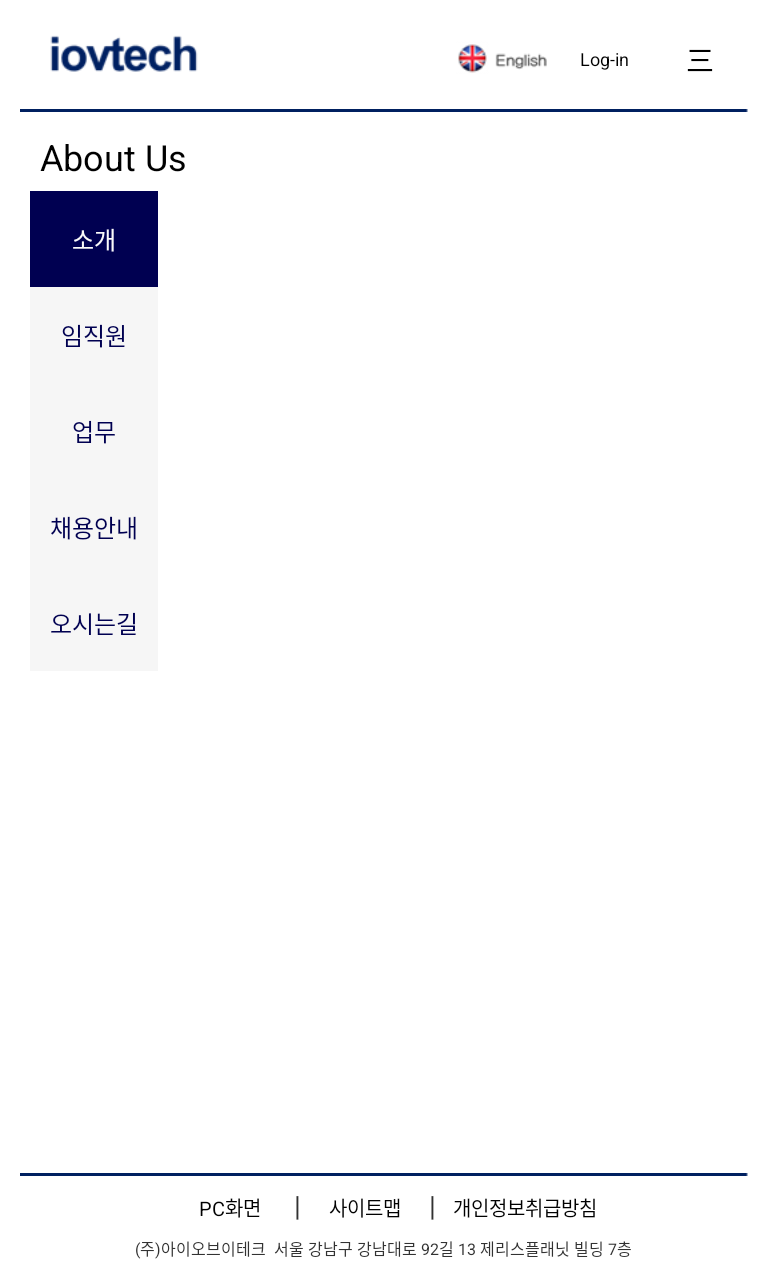
Repository: hyekkyung/CDH_Tutorials
Layout: Mobile_IOV/res/layout/m_about.xml
An editor plug-in stored every save of this project. The layout is shown before and after the next save, followed by the edit.
It is drawn on a 768 x 1280 px phone screen (xhdpi) without system bars, with theme AppTheme; the app's code is not run.

Above is the layout before, as saved 2015-02-02 07:33:47.

### Mobile_IOV/res/layout/m_about.xml
<?xml version="1.0" encoding="utf-8"?>
<RelativeLayout xmlns:android="http://schemas.android.com/apk/res/android"
    android:layout_width="match_parent"
    android:layout_height="match_parent"
    android:paddingLeft="10sp"
    android:paddingRight="10sp"
    android:paddingBottom="10sp"
    android:paddingTop="5sp" >

    <LinearLayout
        android:id="@+id/linearLayout1"
        android:layout_width="wrap_content"
        android:layout_height="wrap_content"
        android:layout_alignParentLeft="true"
        android:layout_alignParentRight="true"
        android:layout_alignParentTop="true" >

        <ImageButton
       		android:id="@+id/home_btn"
            style="?android:attr/buttonStyleSmall"
            android:layout_width="wrap_content"
            android:layout_height="wrap_content"
            android:background="#FFFFFF"
            android:src="@drawable/logo_03" />

        <ImageButton
       		android:id="@+id/kor_btn"
            style="?android:attr/buttonStyleSmall"
            android:layout_width="wrap_content"
            android:layout_height="wrap_content"
            android:background="#FFFFFF"
            android:layout_weight="0.5"
            android:layout_marginLeft="25sp"
            android:onClick="mOnclick" />

        <ImageView
       		android:id="@+id/lang_btn"
            android:layout_width="wrap_content"
            android:layout_height="wrap_content"
            android:background="@drawable/eng_btn"
            android:paddingLeft="3sp"
            android:onClick="mOnclick"
            android:layout_gravity="center" />

        <Button
       		android:id="@+id/join_btn"
            style="?android:attr/buttonStyleSmall"
            android:layout_width="wrap_content"
            android:layout_height="wrap_content"
            android:background="#FFFFFF"
            android:text="Log-in"
            android:textSize="9sp"
            android:layout_gravity="center" />

        <Button
       		android:id="@+id/sub_btn"
            style="?android:attr/buttonStyleSmall"
            android:layout_width="wrap_content"
            android:layout_height="wrap_content"
            android:background="#FFFFFF"
            android:text="三"
            android:layout_gravity="center" />

    </LinearLayout>

    <ImageView
        android:id="@+id/imageView1"
        android:layout_width="wrap_content"
        android:layout_height="wrap_content"
        android:layout_below="@+id/linearLayout1"
        android:layout_centerHorizontal="true"
        android:src="@drawable/sep_line" />

    <TextView
        android:id="@+id/textView1"
        android:layout_width="wrap_content"
        android:layout_height="wrap_content"
        android:layout_alignParentBottom="true"
        android:layout_centerHorizontal="true"
        android:paddingTop="5sp"
        android:text="(주)아이오브이테크  서울 강남구 강남대로 92길 13 제리스플래닛 빌딩 7층"
        android:textSize="8sp" />

    <LinearLayout
        android:id="@+id/linearLayout2"
        android:layout_width="wrap_content"
        android:layout_height="wrap_content"
        android:layout_above="@+id/textView1"
        android:layout_centerHorizontal="true" >

        <Button
            android:id="@+id/pc_btn"
            android:layout_width="wrap_content"
            android:layout_height="20sp"
            android:background="#FFFFFF"
            android:text=" PC화면 "
            android:textSize="10sp" />

        <TextView
            android:layout_width="wrap_content"
            android:layout_height="wrap_content"
            android:text="|"
            android:textAppearance="?android:attr/textAppearanceSmall" />

        <Button
            android:id="@+id/sitemap_btn"
            android:layout_width="wrap_content"
            android:layout_height="20sp"
            android:background="#FFFFFF"
            android:text=" 사이트맵 "
            android:textSize="10sp" />

        <TextView
            android:layout_width="wrap_content"
            android:layout_height="wrap_content"
            android:text="| "
            android:textAppearance="?android:attr/textAppearanceSmall" />

        <Button
            android:id="@+id/personal_btn"
            android:layout_width="wrap_content"
            android:layout_height="20sp"
            android:background="#FFFFFF"
            android:text="  개인정보취급방침 "
            android:textSize="10sp" />
    </LinearLayout>

    <ImageView
        android:id="@+id/imageView3"
        android:layout_width="wrap_content"
        android:layout_height="wrap_content"
        android:layout_above="@+id/linearLayout2"
        android:layout_alignLeft="@+id/imageView1"
        android:paddingTop="5sp"
        android:paddingBottom="5sp"
        android:src="@drawable/sep_line" />

    <LinearLayout
        android:layout_width="wrap_content"
        android:layout_height="wrap_content"
        android:layout_above="@+id/imageView3"
        android:layout_alignParentLeft="true"
        android:layout_alignRight="@+id/imageView3"
        android:layout_below="@+id/imageView1"
        android:paddingBottom="10sp"
        android:paddingRight="10sp"
        android:paddingLeft="5sp"
        android:paddingTop="10sp"
        android:orientation="vertical" >

        <TextView
            android:id="@+id/textView2"
            android:layout_width="wrap_content"
            android:layout_height="wrap_content"
            android:text="About Us"
            android:textAppearance="?android:attr/textAppearanceMedium"
            android:paddingLeft="5sp"
            android:paddingBottom="5sp" />

        <LinearLayout
            android:layout_width="match_parent"
            android:layout_height="match_parent" >

            <LinearLayout
                android:layout_width="wrap_content"
                android:layout_height="match_parent"
                android:orientation="vertical" >

                <Button
                    android:id="@+id/i_1"
                    android:layout_width="wrap_content"
                    android:layout_height="wrap_content"
                    android:text="소개"
                    android:textSize="12sp"
                    android:textColor="#FAFAFA"
                    android:background="#000051" />

                <Button
                    android:id="@+id/i_2"
                    android:layout_width="wrap_content"
                    android:layout_height="wrap_content"
                    android:background="#F6F6F6"
                    android:text="임직원"
                    android:textColor="#000051"
                    android:textSize="12sp" />

                <Button
                    android:id="@+id/i_3"
                    android:layout_width="wrap_content"
                    android:layout_height="wrap_content"
                    android:background="#F6F6F6"
                    android:text="업무"
                    android:textColor="#000051"
                    android:textSize="12sp" />

                <Button
                    android:id="@+id/i_4"
                    android:layout_width="wrap_content"
                    android:layout_height="wrap_content"
                    android:background="#F6F6F6"
                    android:text="채용안내"
                    android:textColor="#000051"
                    android:textSize="12sp" />

                <Button
                    android:id="@+id/i_5"
                    android:layout_width="wrap_content"
                    android:layout_height="wrap_content"
                    android:background="#F6F6F6"
                    android:text="오시는길"
                    android:textColor="#000051"
                    android:textSize="12sp" />

            </LinearLayout>

            <ScrollView
                android:id="@+id/scrollView1"
                android:layout_width="match_parent"
                android:layout_height="match_parent" >
            </ScrollView>

        </LinearLayout>

    </LinearLayout>

</RelativeLayout>

Loaded but not shown: Mobile_IOV/res/values/styles.xml (common file); Mobile_IOV/res/values-v11/styles.xml (common file); Mobile_IOV/res/values-v14/styles.xml (common file)

After the next save:
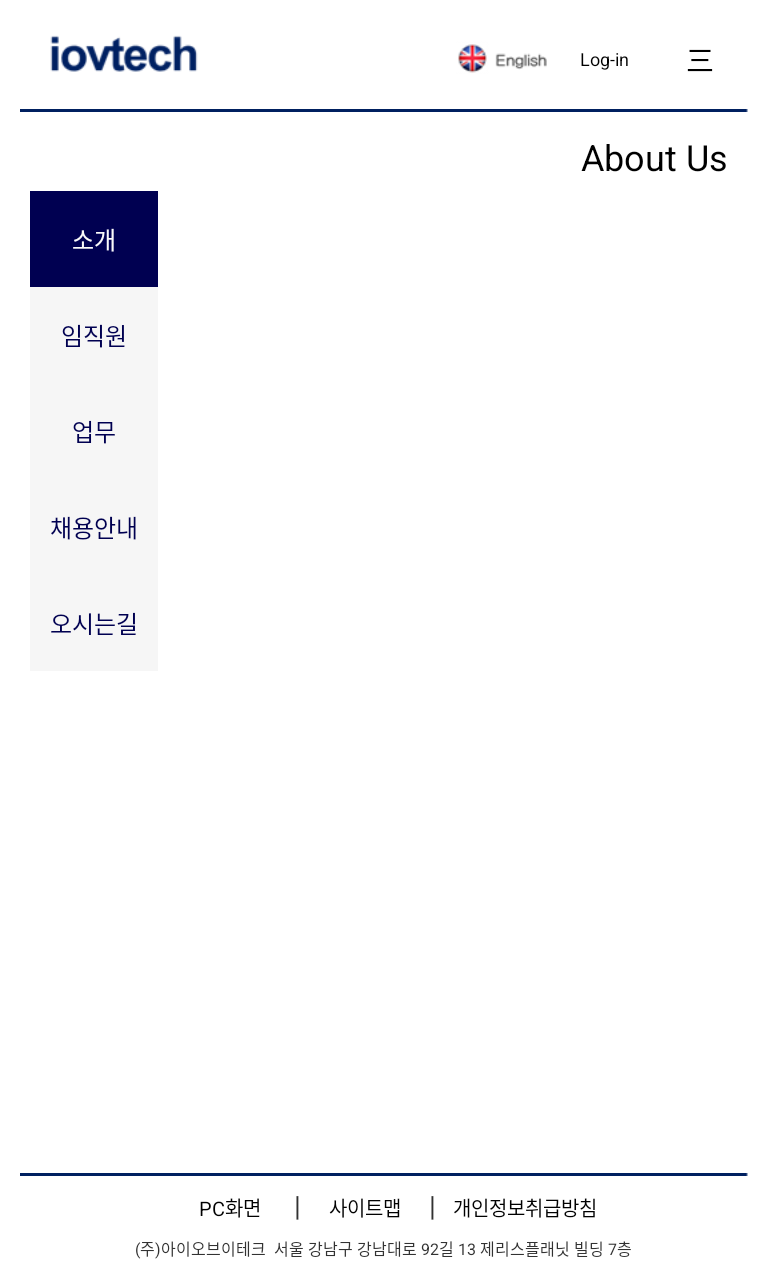
Saved 84 s later.
--- a/Mobile_IOV/res/layout/m_about.xml
+++ b/Mobile_IOV/res/layout/m_about.xml
@@ -155,7 +155,8 @@
             android:text="About Us"
             android:textAppearance="?android:attr/textAppearanceMedium"
             android:paddingLeft="5sp"
-            android:paddingBottom="5sp" />
+            android:paddingBottom="5sp"
+            android:layout_gravity="right" />
 
         <LinearLayout
             android:layout_width="match_parent"
